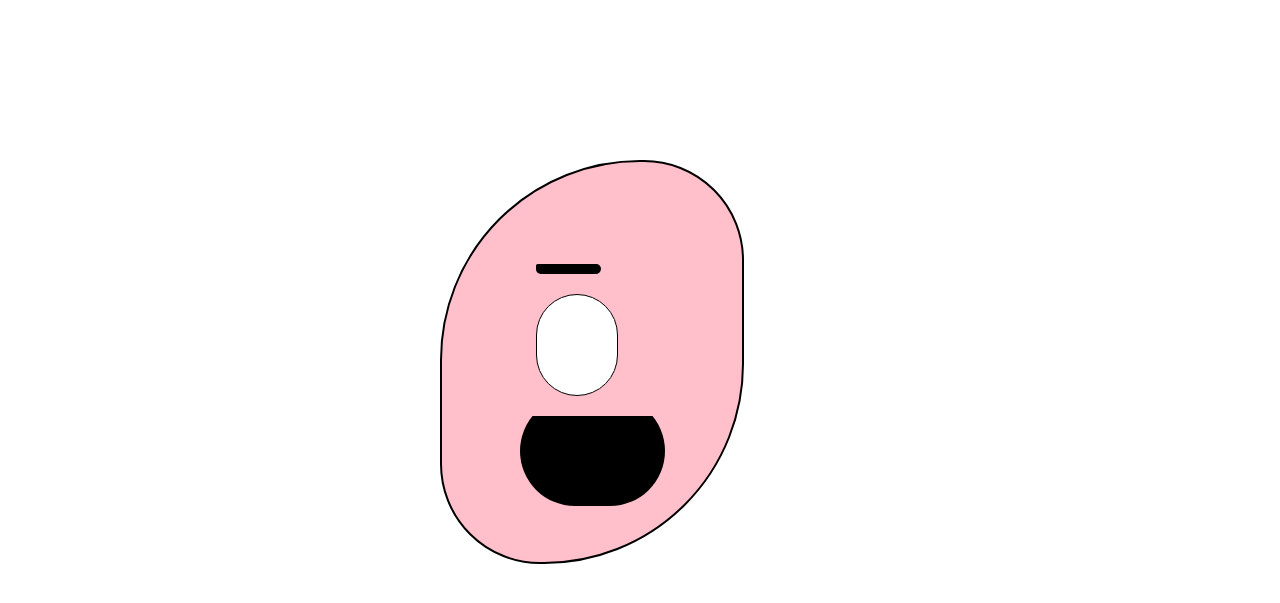
Repository: rodwestmoreland/1150
Page: cssCritter/index.html
The author's editor kept a copy of each file at every save. The page is drawn from the files as they stood at one save, then again after the next save.
The browser window is 1280 px wide. The pictures show the whole page.

Above is the page before, as saved 2021-01-25 20:10:04.

After the next save:
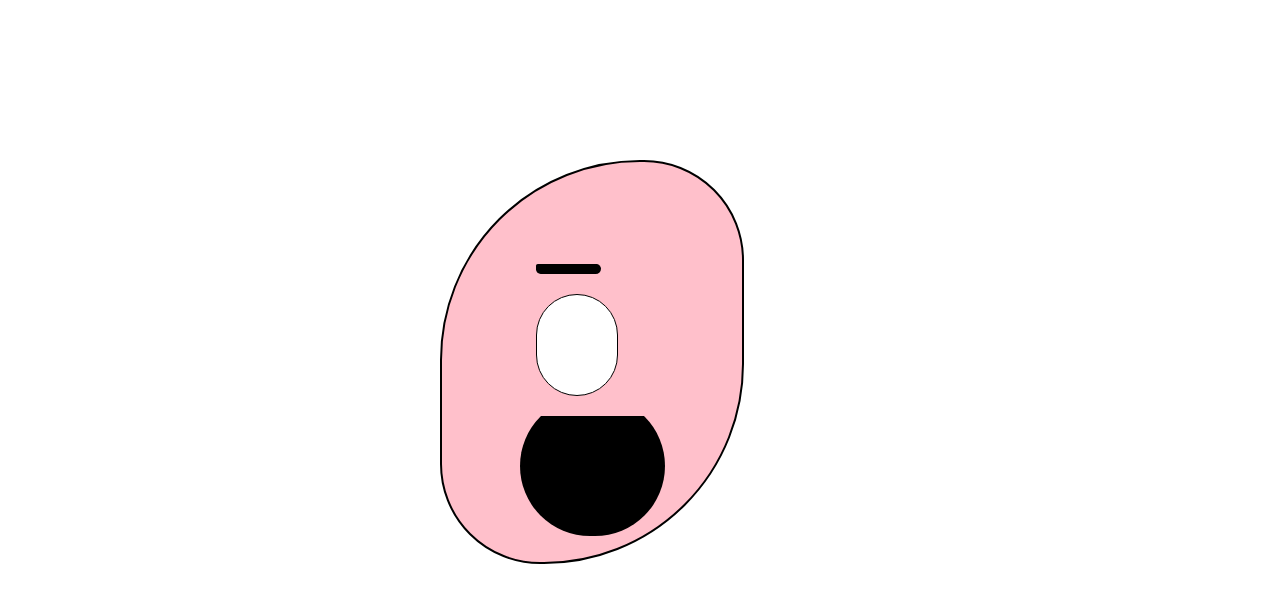
Saved 22 s later.
--- a/cssCritter/style.css
+++ b/cssCritter/style.css
@@ -40,7 +40,7 @@
     border-top: none;
     border-right: none;
     border-left: none;
-    border-bottom: 90px solid #000;
+    border-bottom: 120px solid #000;
     -webkit-border-radius: 100px;
     border-radius: 100px;
     height: 20px;
